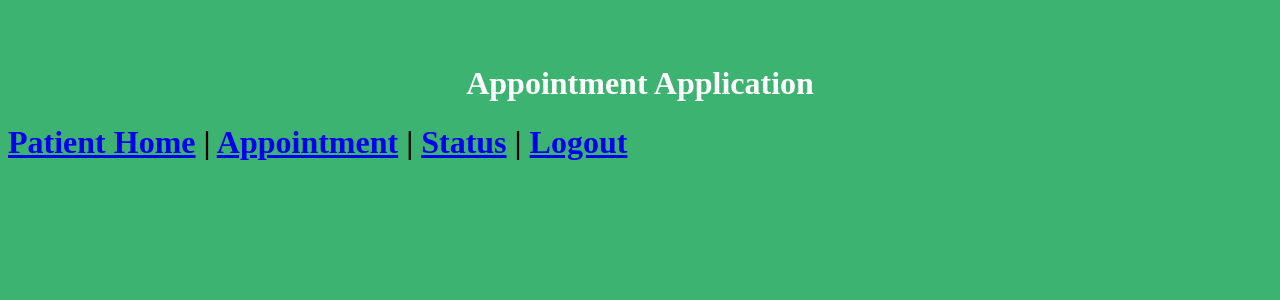
Repository: lsamirl/Exemples
Page: Doctor/WebContent/Doctor_home.html
The author's editor kept a copy of each file at every save. The page is drawn from the files as they stood at one save, then again after the next save.
The browser window is 1280 px wide. The pictures show the whole page.

Above is the page before, as saved 2021-06-29 13:16:42.

After the next save:
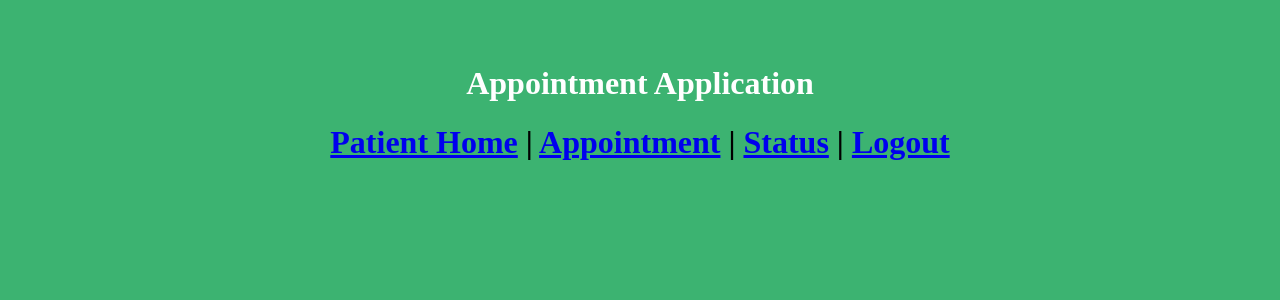
Saved 27 s later.
--- a/Doctor/WebContent/Doctor_home.html
+++ b/Doctor/WebContent/Doctor_home.html
@@ -4,7 +4,7 @@
 <h1 align="center" style="color:white;">Appointment Application</h1>
 
 <table>
-<h1>
+<h1 align="center">
 <a href="Pation_home.html">Patient Home</a> |
 <a href="#">Appointment</a> |
 <a href="#">Status</a> |
